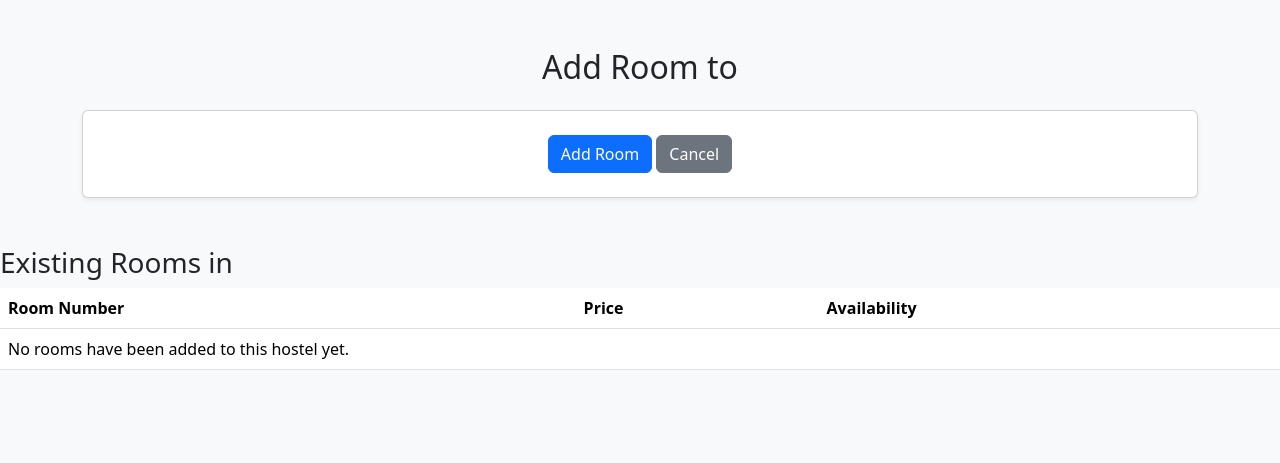
Repository: peter417waweru/hostelkona
Page: hostelkona/kona/templates/dashboard/add_room.html
These files come from the project's save history. The page is drawn as it stood at one moment and after the next save; the edit follows.
The browser window is 1280 px wide. The pictures show the whole page.
The template is drawn by Django 5.2. The application's start-up code is not run. Other server files are loaded and not shown. The template is opened directly, without the code that normally fills it, so the values that code supplies are empty.

Above is the page before, as saved 2024-11-23 03:44:18.

### hostelkona/kona/templates/dashboard/add_room.html
{% load static %}
<!DOCTYPE html>
<html lang="en">
<head>
    <meta charset="UTF-8">
    <meta name="viewport" content="width=device-width, initial-scale=1.0">

    <!-- Bootstrap CSS -->
    <link href="https://cdn.jsdelivr.net/npm/bootstrap@5.3.0-alpha3/dist/css/bootstrap.min.css" rel="stylesheet">
    <title>Add Room</title>
</head>
<body class="bg-light">
    <div class="container py-5">
        <h2 class="text-center mb-4">Add Room to {{ hostel.name }}</h2>

        <div class="card shadow-sm p-4">
            <form method="post" enctype="multipart/form-data"> <!-- enctype added here -->
                {% csrf_token %}
                {{ form.as_p }}
                <div class="text-center">
                    <button type="submit" class="btn btn-primary">Add Room</button>
                    <a href="{% url 'manager_hostels' %}" class="btn btn-secondary">Cancel</a>
                </div>
            </form>
        </div>
    </div>

    <div>
        <h3>Existing Rooms in {{ hostel.name }}</h3>
        <table class="table">
            <thead>
                <tr>
                    <th>Room Number</th>
                    <th>Price</th>
                    <th>Availability</th>
                </tr>
            </thead>
            <tbody>
                {% for room in hostel.rooms.all %}
                <tr>
                    <td>{{ room.room_number }}</td>
                    <td>Ksh {{ room.price }}</td>
                    <td>
                        {% if room.is_available %}
                            Available
                        {% else %}
                            Not Available
                        {% endif %}
                    </td>
                </tr>
                {% empty %}
                <tr>
                    <td colspan="3">No rooms have been added to this hostel yet.</td>
                </tr>
                {% endfor %}
            </tbody>
        </table>
    </div>

    <!-- Bootstrap JS -->
    <script src="https://cdn.jsdelivr.net/npm/bootstrap@5.3.0-alpha3/dist/js/bootstrap.bundle.min.js"></script>
</body>
</html>

After the next save:
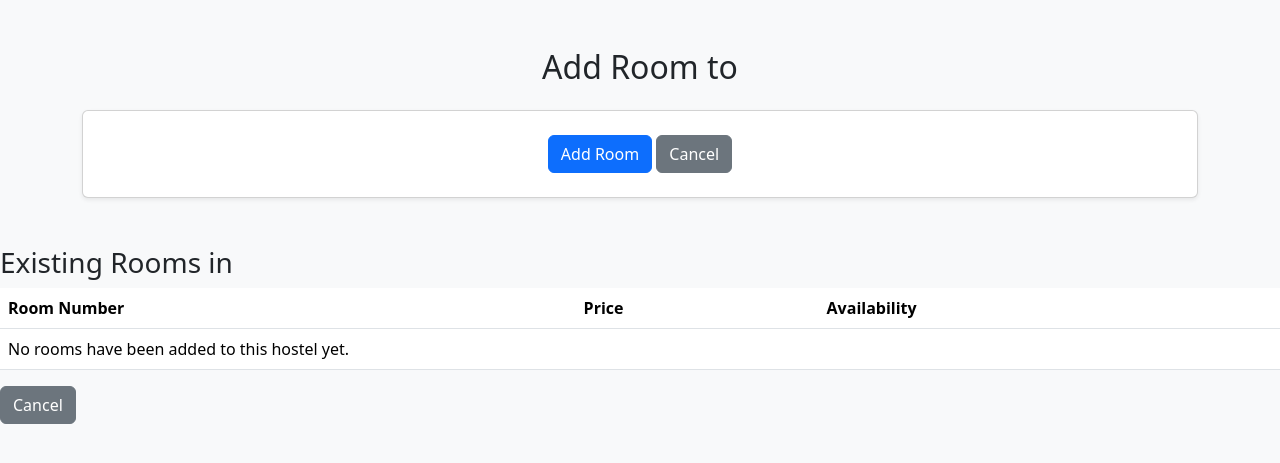
Saved 4 min 49 s later.
--- a/hostelkona/kona/templates/dashboard/add_room.html
+++ b/hostelkona/kona/templates/dashboard/add_room.html
@@ -57,6 +57,10 @@
         </table>
     </div>
 
+    <div>
+        <a href="{% url 'manager_hostels' %}" class="btn btn-secondary">Cancel</a>
+    </div>
+
     <!-- Bootstrap JS -->
     <script src="https://cdn.jsdelivr.net/npm/bootstrap@5.3.0-alpha3/dist/js/bootstrap.bundle.min.js"></script>
 </body>
